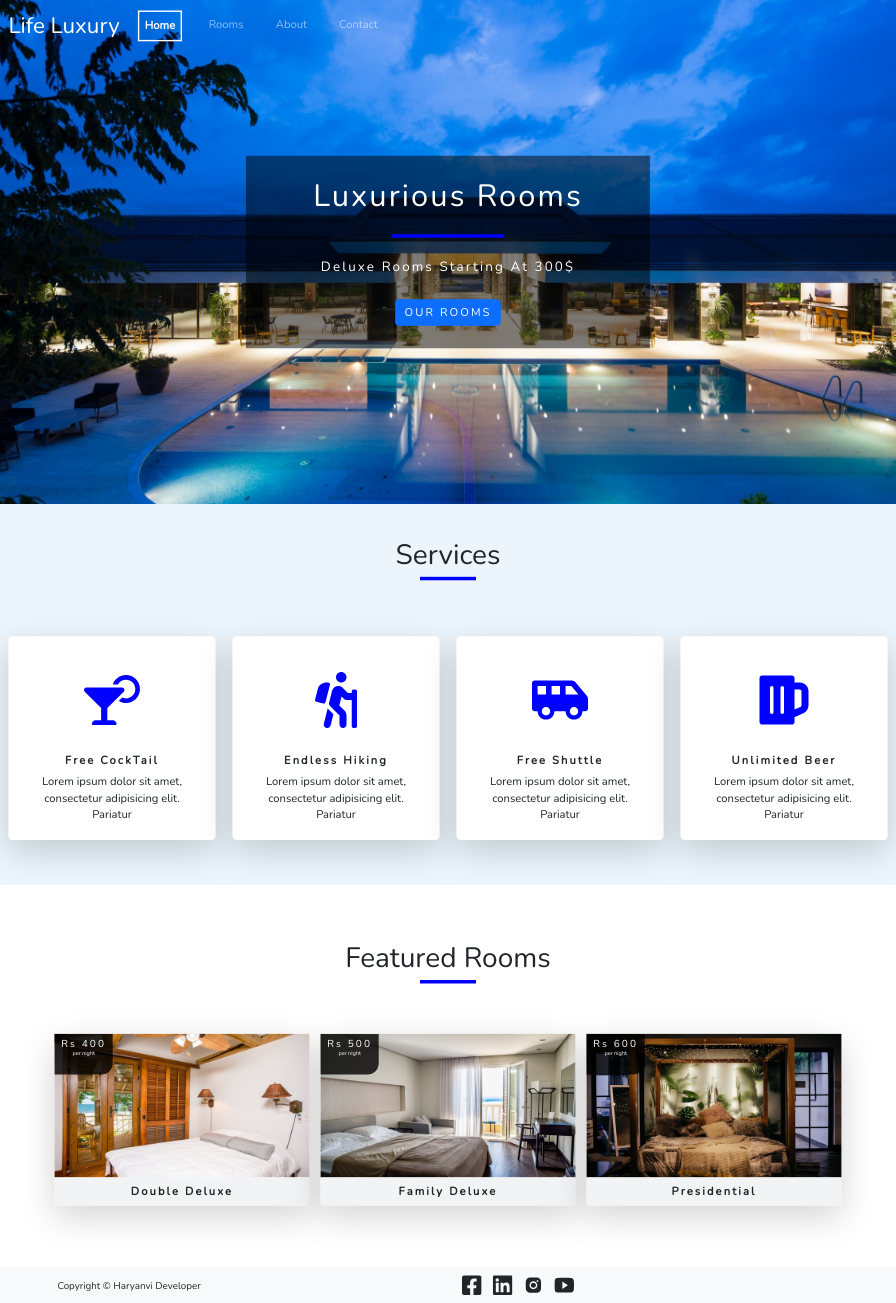
Repository: OmniaRafat232111121/Hotel-Booking-App
Page: /
An editor plug-in stored every save of this project. The page is shown before and after the next save, followed by the edit.
The browser window is 1280 px wide. The pictures show the whole page, at 70% of full size.
The project was rebuilt for these pictures with package versions that can differ from the ones it lists, and the page was loaded fresh each time. A package was used in the major version that the imports need, not the one package.json lists. Also part of the build but not shown: src/components/RoomsFilter.jsx, src/components/RoomsList.jsx, src/components/RoomsContainer.jsx, src/pages/Rooms.jsx, src/components/StyledHero.jsx, src/pages/SingleRoom.jsx, src/pages/Error.jsx, src/pages/About.jsx and 2 more.

Above is the page before, as saved 2022-07-29 21:37:05.

### public/index.html
<!DOCTYPE html>
<html lang="en">
  <head>
    <meta charset="utf-8" />
    <link rel="icon" href="%PUBLIC_URL%/favicon.ico" />
    <meta name="viewport" content="width=device-width, initial-scale=1" />
    <meta name="theme-color" content="#000000" />
    <meta
      name="description"
      content="Web site created using create-react-app"
    />
    <link rel="apple-touch-icon" href="%PUBLIC_URL%/logo192.png" />
    <link rel="manifest" href="%PUBLIC_URL%/manifest.json" />
    <title>Hotel Room Booking React app</title>
    <link href="https://fonts.googleapis.com/css2?family=Nunito&display=swap" rel="stylesheet">
  </head>
  <body>
    <noscript>You need to enable JavaScript to run this app.</noscript>
    <div id="root"></div>
  </body>
</html>

### src/index.js
import React from 'react';
import ReactDOM from 'react-dom';
import App from './App';
import './index.css'
import * as serviceWorker from './serviceWorker';
import {RoomProvider} from './context'
ReactDOM.render(
  <React.StrictMode>
  <RoomProvider>
     <App />
  </RoomProvider>
  </React.StrictMode>,
  document.getElementById('root')
);

serviceWorker.unregister();

### src/App.js
import React from 'react';
import './App.css';
import '../node_modules/bootstrap/dist/css/bootstrap.min.css';
import '../node_modules/bootstrap/dist/js/bootstrap.min.js';
import { BrowserRouter, Route, Switch } from "react-router-dom";
import Home from './pages/Home';
import Rooms from './pages/Rooms';
import SingleRoom from './pages/SingleRoom';
import Error from './pages/Error';
import Navbar from './components/Navbar';
import About from './pages/About';
import Footer from './components/Footer';
import Contact from './pages/Contact';
import Booknow from './pages/Booknow';

function App() {
  return (
    <div className="App">
      <BrowserRouter>
        <Navbar/>
        <Switch>
          <Route exact path="/" component={Home} />
          <Route exact path="/about" component={About} />
          <Route exact path="/contact" component={Contact} />
          <Route exact path="/rooms/" component={Rooms}/>
          <Route exact path="/rooms/:slug" component={SingleRoom} />
          <Route exact path="/booknow/:slug" component={Booknow} />
          <Route component={Error}/>
        </Switch>
        <Footer/>
      </BrowserRouter>
    </div>
  );
}

export default App;

### src/App.css
@import url('https://fonts.googleapis.com/css2?family=Nunito&display=swap');
body {
  margin: 0;
  padding: 0;
  font-family: 'Nunito', sans-serif;
}
* {
  margin: 0;
  padding: 0;
  box-sizing: border-box;
}
:root {
  --primaryColor: #0000ff;
  --mainWhite: #fff;
  --offWhite: #f7f7f7;
  --mainBlack: #222;
  --mainGrey: #ececec;
  --darkGrey: #cfcfcf;
  --mainTransition: all 0.3s linear;
  --mainSpacing: 3px;
  --lightShadow: 2px 5px 3px 0px rgba(0, 0, 0, 0.5);
  --darkShadow: 4px 10px 5px 0px rgba(0, 0, 0, 0.5);
}
/* globals */
h1 {
  font-size: 3em;
  line-height: 1;
  margin-bottom: 0.5em;
}
h2 {
  font-size: 2em;
  margin-bottom: 0.75em;
}
h3 {
  font-size: 1.5em;
  line-height: 1;
  margin-bottom: 1em;
}
h4 {
  font-size: 1.2em;
  line-height: 1.25;
  margin-bottom: 1.25em;
}
h5 {
  font-size: 1em;
  font-weight: bold;
  margin-bottom: 1.5em;
}
h6 {
  font-size: 1em;
  font-weight: bold;
  margin-bottom: 1.5em;
}

.btn-primary {
  display: inline-block;
  text-decoration: none;
  letter-spacing: var(--mainSpacing);
  color: var(--mainBlack);
  background: var(--primaryColor);
  padding: 0.4rem 0.9rem;
  border: 3px solid var(--primaryColor);
  transition: var(--mainTransition);
  text-transform: uppercase;
  cursor: pointer;
}
.btn-warning {
  display: inline-block;
  text-decoration: none;
  letter-spacing: var(--mainSpacing);
  color: var(--mainBlack);
  background: var(--primaryColor);
  padding: 0.4rem 0.9rem;
  border: 3px solid var(--primaryColor);
  transition: var(--mainTransition);
  text-transform: uppercase;
  cursor: pointer;
}
.btn-primary:hover{
  text-decoration: none;
  background: transparent!important;
  color: #fff!important;
}
.btn-warning:hover{
  text-decoration: none;
  background: transparent!important;
  color: yellow!important;
}
.loading {
  text-transform: capitalize;
  text-align: center;
  margin-top: 3rem;
}
.roomerror{
  margin-top: 100px;
}
.roomerror:hover .error{
  background-color: #2C3E50;
  color: #ffffff!important;
}
.error {
  text-align: center;
  text-transform: uppercase;
  margin: 2rem 0;
}
.empty-search {
  text-align: center;
  text-transform: capitalize;
  margin: 2rem 0;
  padding: 1rem;
  letter-spacing: var(--mainSpacing);
}

/* end of globals */
/* Navbar */
.nav-link{
  padding: 8px 15px;
  margin-left: 10px;
  margin-right: 20px;
  font-size: 18px;
  text-align: center;
  border: 2px solid transparent;
  transition: .5s linear;
  font-weight: 800;
  -webkit-transition: .5s linear;
  -moz-transition: .5s linear;
  -ms-transition: .5s linear;
  -o-transition: .5s linear;
}
.bg-transparent.scrolled {
  background-color: black!important;
  transition:500ms ease;
}

.navbar-brand{
  font-size: 32px!important;
  color: #ffffff!important;
}
.nav-link:hover{
  color: #ffffff;
  border-bottom: 2px solid #ffffff;
}
.nav-link.active_class{
color: #ffffff;
border: 2px solid #ffffff;
font-weight: 800;
}

.form-control{
border: 2px solid #000;
}
.form-control:focus,
.form-control.active {
  border: 2px solid #000000!important;
}
textarea:focus,
textarea.form-control:focus,
input.form-control:focus,
input[type=text]:focus,
input[type=password]:focus,
input[type=email]:focus,
input[type=number]:focus,
[type=text].form-control:focus,
[type=password].form-control:focus,
[type=email].form-control:focus,
[type=tel].form-control:focus,
[contenteditable].form-control:focus {
box-shadow: inset 0 -1px 0 #ddd;
}


/* end of navbar */
/* Hero */
.defaultHero,
.roomsHero {
  min-height: calc(100vh - 0px);
  background: url("./images/defaultBcg.jpg") center/cover no-repeat;
  display: flex;
  align-items: center;
  justify-content: center;
  position: relative;
}
.roomsHero {
  background-image: url("./images/room-2.jpg");
  min-height: calc(100vh - 0px);
}
.singleRoom {
  background-image: url("./images/room-3.jpeg");
  min-height: calc(100vh - 0px);
}
.roomsError{
  background-image: url("./images/error.jpg");
  min-height: calc(100vh - 0px);
}
.lost{
  font-size: 44px;
  color: yellow;
  text-align: center;
}
/* End of Hero */
/* Banner */
.banner {
  display: inline-block;
  position: absolute!important;
  background: rgba(0, 0, 0, 0.5)!important;
  color: var(--mainWhite);
  text-align: center;
  text-transform: capitalize;
  letter-spacing: var(--mainSpacing);
  top: 50%;
  left: 50%;
  transform: translate(-50%, -50%);
}
.banner h1 {
  font-size: 44px!important;
}
.banner div {
  width: 10rem;
  height: 5px;
  background: var(--primaryColor);
  margin: 1.7rem auto;
}
.banner p {
  font-size: 1.2rem;
  margin-bottom: 2rem;
}
@media screen and (max-width: 576px) {
  .banner {
    padding: 2rem 3rem!important
  }
  .banner h1 {
    font-size: 32px!important;
  }
}
@media screen and (min-width: 992px) {
  .banner {
    padding: 2rem 6rem;
  }
  .banner h1 {
    font-size: 4rem;
  }
}
/* End of Banner */
/* Title */
.section-title {
  text-align: center;
  margin-bottom: 4rem;
}
.section-title h4 {
  font-size: 2rem;
  letter-spacing: var(--mainSpacing);
  text-transform: capitalize;
  margin-bottom: 1rem;
}
.section-title div {
  width: 5rem;
  height: 5px;
  margin: 0 auto;
  background: var(--primaryColor);
}
/* end of Title */

/* services */
.services {
  padding: 3rem 0;
}
.services {
  background: #EBF5FB;
  text-align: center;
}

.service span {
  display: inline-block;
  color: var(--primaryColor);
  font-size: 80px;
  margin-bottom: 1.5rem;
  transition: 1s linear;
  -webkit-transition: 1s linear;
  -moz-transition: 1s linear;
  -ms-transition: 1s linear;
  -o-transition: 1s linear;
}
.services span:hover{
  transform: rotate(360deg);
  -webkit-transform: rotate(360deg);
  -moz-transform: rotate(360deg);
  -ms-transform: rotate(360deg);
  -o-transform: rotate(360deg);
}
.services h6 {
  letter-spacing: var(--mainSpacing);
  font-weight: 1000;
  text-transform: capitalize;
}
.services p {
  width: 80%;
  margin: 0 auto;
}
@media screen and (min-width: 992px) {
  .services-center {
    width: 95vw;
    max-width: 1170px;
  }
}

@media screen and (min-width: 1200px) {
  .services p {
    width: 100%;
  }
}
/*end of services */
/* featured rooms */

.featured-rooms {
  padding: 5rem 0;
}

/* end pf featured rooms */
/* room */
.room {
  transition: 0.4s linear;
  -webkit-transition: 0.4s linear;
  -moz-transition: 0.4s linear;
  -ms-transition: 0.4s linear;
  -o-transition: 0.4s linear;
  position: relative;
}
.room:hover {
  box-shadow: 0px 9px 18px rgba(0, 0, 0, 0.5)!important;
}

.price-top {
  position: absolute;
  top: 0;
  left: 0;
  background: rgba(0, 0, 0, 0.8);
  color: var(--mainWhite);
  padding: 0.3rem 0.6rem 0.5rem;
  border-bottom-right-radius: 1rem;
  font-size: 0.5rem;
  text-align: center;
  transition: 0.4s linear;
  -webkit-transition: 0.4s linear;
  -moz-transition: 0.4s linear;
  -ms-transition: 0.4s linear;
  -o-transition: 0.4s linear;
}
.price-top h6 {
  margin-bottom: 0;
  font-size: 0.9rem;
  font-weight: 300;
  letter-spacing: var(--mainSpacing);
}
.room-link {
  position: absolute;
  bottom: 0;
  right: 0;
  opacity: 0;
  transition: all 0.3s linear;
}
.room:hover {
  background: rgba(0, 0, 0, 0.8);
}
.room:hover img {
  opacity: 0.3;
}
.room:hover .price-top {
  opacity: 0;
}
.room:hover .room-link {
  opacity: 1;
  transform: translate(-90%, -200%) scale(1);
  -webkit-transform: translate(-90%, -200%) scale(1);
  -moz-transform: translate(-90%, -200%) scale(1);
  -ms-transform: translate(-90%, -200%) scale(1);
  -o-transform: translate(-90%, -200%) scale(1);
}
.room-info {
  background: #F2F3F4;
  text-transform: capitalize;
  padding: 0.5rem 0;
  text-align: center;
  font-weight: 700;
  letter-spacing: var(--mainSpacing);
  margin-bottom: 0;
}
/* end of room  */
/* single room*/

.single-room {
  padding: 5rem 0 0 0;
}
.single-room-images {
  width: 80vw;
  margin: 0 auto;
  display: grid;
  grid-template-columns: repeat(auto-fit, minmax(350px, 1fr));
  grid-row-gap: 2rem;
  grid-column-gap: 50px;
}
.single-room-images img {
  width: 100%;
  display: block;
}
.single-room-info {
  width: 80vw;
  display: grid;
  grid-template-columns: 1fr;
  margin: 2rem auto;
}
.desc,
.info {
  margin: 1rem 0;
}
.desc h3 {
  text-transform: capitalize;
  letter-spacing: var(--mainSpacing);
}
.desc p {
  line-height: 1.5;
}
.info h3,
.info h6 {
  text-transform: capitalize;
  letter-spacing: var(--mainSpacing);
}

.info h6 {
  font-weight: 300;
}
.room-extras {
  width: 80vw;
  margin: 0 auto 3rem auto;
}
.room-extras h6 {
  text-transform: capitalize;
  letter-spacing: var(--mainSpacing);
}
.extras {
  list-style-type: none;
  display: grid;
  grid-template-columns: repeat(auto-fit, minmax(330px, 1fr));
  grid-column-gap: 2rem;
  grid-row-gap: 1rem;
}
@media screen and (min-width: 992px) {
  .single-room-images,
  .single-room-info,
  .room-extras {
    width: 95vw;
    max-width: 1170px;
  }
  .single-room-info {
    display: grid;
    grid-template-columns: 1fr 1fr;
    grid-column-gap: 2rem;
  }
  .info {
    padding-left: 3rem;
  }
}
/* end of single room*/
/* roomlist */
.roomslist {
  padding: 5rem 0;
}
.roomslist-center {
  width: 80vw;
  margin: 0 auto;
  display: grid;
  grid-template-columns: repeat(auto-fill, minmax(270px, 1fr));
  grid-row-gap: 2rem;
  grid-column-gap: 30px;
}

@media screen and (min-width: 776px) {
  .roomslist-center {
    width: 90vw;
  }
}
@media screen and (min-width: 992px) {
  .roomslist-center {
    width: 95vw;
    max-width: 1170px;
  }
}
/* end of roomlist */
/*  rooms fitler*/
/* .filter-container {
  padding: 5rem 0;
}

.form-group {
  text-transform: capitalize;
}
.form-group label {
  display: block;
  letter-spacing: var(--mainSpacing);
  margin-bottom: 0.5rem;
} */

.single-extra label {
  display: inline-block;
  font-size: 0.8rem;
  margin-left: 0.5rem;
}

/* end of rooms fitler*/

/* aboutus */

.aboutus,.contact{
  margin-top: 100px!important;
}
.about_company,.team{
  padding: 60px 30px;
}
.about_info{
  letter-spacing: 40;
}
.carousel-inner{
  min-height: 400px!important;
  max-height: 400px!important;
}
.connect{
  font-size: 44px!important;
  padding: 5px 8px;
}
/* end of about us */

### src/pages/Home.jsx
import React from 'react'
import Hero from '../components/Hero';
import Banner from '../components/Banner';
import { Link } from 'react-router-dom';
import Services from '../components/Services';
import FeaturedRooms from '../components/FeaturedRooms';

export default function Home() {
    return (
        <>
        <Hero hero="defaultHero">
        </Hero>
        <Banner title="Luxurious Rooms" subtitle="deluxe rooms starting at 300$">
                <Link to="/rooms" className="btn btn-primary">
                      Our Rooms
                </Link>
        </Banner>
        <Services/>
        <FeaturedRooms/>
        </>

    )
}

### src/components/Navbar.jsx
import React from 'react';
import {NavLink} from 'react-router-dom';
import { FaAlignRight } from 'react-icons/fa';
import jquery from 'jquery';

// for changing navbar  color
jquery(window).scroll(function() {
jquery('nav').toggleClass('scrolled', jquery(this).scrollTop() > 0);
})

const Navbar = () => {
    return (
    <>
        <nav className="navbar navbar-expand-sm navbar-dark bg-transparent py-2 fixed-top">
            <div className="container-fluid ">
                <span className="navbar-brand font-weight-bolder">Life Luxury</span>
                <a href="void(0)" className="navbar-toggler border-0" data-toggle="collapse" data-target="#navbarSupportedContent" aria-controls="navbarSupportedContent" aria-expanded="false" aria-label="Toggle navigation">
                    <span>
                        <FaAlignRight className="nav-icon" /></span>
                </a>
                <div className="collapse navbar-collapse" id="navbarSupportedContent">
                    <ul className="navbar-nav ml-auto">
                        <li className="nav-item">
                            <NavLink className="nav-link" activeClassName="active_class" exact to="/">Home</NavLink>
                        </li>
                        <li className="nav-item">
                            <NavLink className="nav-link" activeClassName="active_class" exact to="/rooms">Rooms</NavLink>
                        </li>
                        <li className="nav-item">
                            <NavLink className="nav-link" activeClassName="active_class" exact to="/about">About</NavLink>
                        </li>
                        <li className="nav-item">
                            <NavLink className="nav-link" activeClassName="active_class" exact to="/contact">Contact</NavLink>
                        </li>
                    </ul>
                </div>
            </div>
        </nav>
    </>
    );
}
export default Navbar;

### src/components/Footer.jsx
import React from 'react'
import { FaFacebookSquare,FaLinkedin } from 'react-icons/fa';
import {IoLogoYoutube} from 'react-icons/io';
import { AiFillInstagram } from 'react-icons/ai';

const Footer = () => {
    return (
        <footer id="sticky-footer" className="bg-light text-dark-50">
            <div className="container py-1">
                <div className="row">
                    <div className="col-md-6 col-12 my-auto">
                        <small>Copyright &copy; Haryanvi Developer</small>
                    </div>
                    <div className="col-md-6 col-12">
                        <div className="d-flex float-right">
                            <a href="https://www.facebook.com/HaryanviDeveloper/">
                                <FaFacebookSquare className="connect text-dark" /></a>
                            <a href="https://www.linkedin.com/in/lekhraj-kashyap-b1aa15139/">
                                <FaLinkedin className="connect text-dark" /></a>
                            <a href="https://www.instagram.com/haryanvideveloper_official/">
                                <AiFillInstagram className="connect text-dark" /></a>
                            <a href="https://www.youtube.com/channel/UCDGDXevsQo67KVkmjrd9ruQ?view_as=subscriber">
                                <IoLogoYoutube className="connect text-dark" /></a>
                        </div>
                    </div>
                </div>
            </div>
        </footer>
    )
}
export default Footer

### src/components/Hero.jsx
import React from 'react'

export default function Hero({childern, hero}) {
    return <header className={hero}>{childern}</header>;

}

Hero.defaulProps ={
    hero:"defaultHero"
};

### src/components/Banner.jsx
import React from 'react'

export default function Banner({ children , title , subtitle  }) {
    return (
        <div className="banner">
            <h1>{title}</h1>
            <div/>
            <p>{subtitle}</p>
            {children}
        </div>
    )
}

### src/components/Services.jsx
import React, { Component } from 'react'
import Title from './Title'
import {FaCocktail, FaHiking , FaShuttleVan,FaBeer} from 'react-icons/fa'

export default class Services extends Component {
    state={
        services:[
            {
                icon:<FaCocktail/>,
                title: "Free CockTail",
                info: "Lorem ipsum dolor sit amet, consectetur adipisicing elit. Pariatur"
            },
            {
                icon:<FaHiking/>,
                title: "Endless Hiking",
                info: "Lorem ipsum dolor sit amet, consectetur adipisicing elit. Pariatur"
            },
            {
                icon:<FaShuttleVan/>,
                title: "Free Shuttle",
                info: "Lorem ipsum dolor sit amet, consectetur adipisicing elit. Pariatur"
            },
            {
                icon:<FaBeer/>,
                title: "Unlimited Beer",
                info: "Lorem ipsum dolor sit amet, consectetur adipisicing elit. Pariatur"
            },

        ]
    }
    render() {
        return (
            <div className="container-fluid services">
             <Title title="Services" />
                <div className="row">
                   {this.state.services.map((item, index) => {
                      return(
                        <div className="col-md-4 col-lg-3 col-12 mx-auto my-3" key={index}>
                            <div className="card shadow-lg border-0 p-4">
                                <article className="service">
                                <span>{item.icon}</span>
                                <h6>{item.title}</h6>
                                <p>{item.info}</p>
                                </article>
                           </div>
                        </div>
                      )
                   })}
                </div>
            </div>
        )
    }
}

### src/components/FeaturedRooms.jsx
import React, { Component } from 'react'
import { RoomContext } from '../context'
import Loading from './Loading';
import Room from './Room';
import Title from './Title';

export default class FeaturedRooms  extends Component {
    static contextType = RoomContext;
    render() {
        let { loading, featuredRooms : rooms } = this.context;
        console.log(rooms);
        rooms = rooms.map(room => {
            return <Room key={room.id} room={room}/>
        });
        return (

            <section className="featured-rooms container">
                <Title  title="Featured Rooms" />
                <div className="row">
                  {loading ? <Loading/> : rooms}
                </div>
            </section>
        )
    }
}

### src/components/Title.jsx
import React from 'react'

export default function Title({title}) {
    return (
        <div className="section-title">
            <h1>{title}</h1>
            <div/>
        </div>
    )
}

### src/components/Loading.js
import React from 'react'
import loadingGif from '../images/gif/loading-arrow.gif';
export default function Loading() {
    return (
        <div className="loading">
           <h4>Rooms data loading...</h4>
           <img  src={loadingGif} alt="loading please wait"/>
        </div>
    )
}

### src/components/Room.jsx
import React from 'react';
import {Link} from 'react-router-dom';
import defaultImg from '../images/room-1.jpeg';
import PropTypes from 'prop-types';

export default function Room({room}) {
    const { name , slug, images, price } = room;
    return (
        <div className="col-md-4 col-12 mx-auto p-2">
            <div className="card shadow-lg border-0 room">
                <img src={images[0] || defaultImg} alt="single room" className="img-fluid"/>
                <div className="price-top">
                    <h6>Rs {price}</h6>
                    <p>per night</p>
                </div>
                <Link to={`/rooms/${slug}`} className="btn-warning room-link text-center" >Features</Link>
              <p className="room-info">{name}</p>
            </div>
        </div>
    )
}

Room.propTypes = {
    room: PropTypes.shape({
        name:PropTypes.string.isRequired,
        slug:PropTypes.string.isRequired,
        images:PropTypes.arrayOf(PropTypes.string).isRequired,
        price:PropTypes.number.isRequired,
    })
}

Loaded but not shown: src/index.css (common file); src/data.js (760 lines, source omitted); src/serviceWorker.js (130 lines, source omitted); src/context.js (116 lines, source omitted)

After the next save:
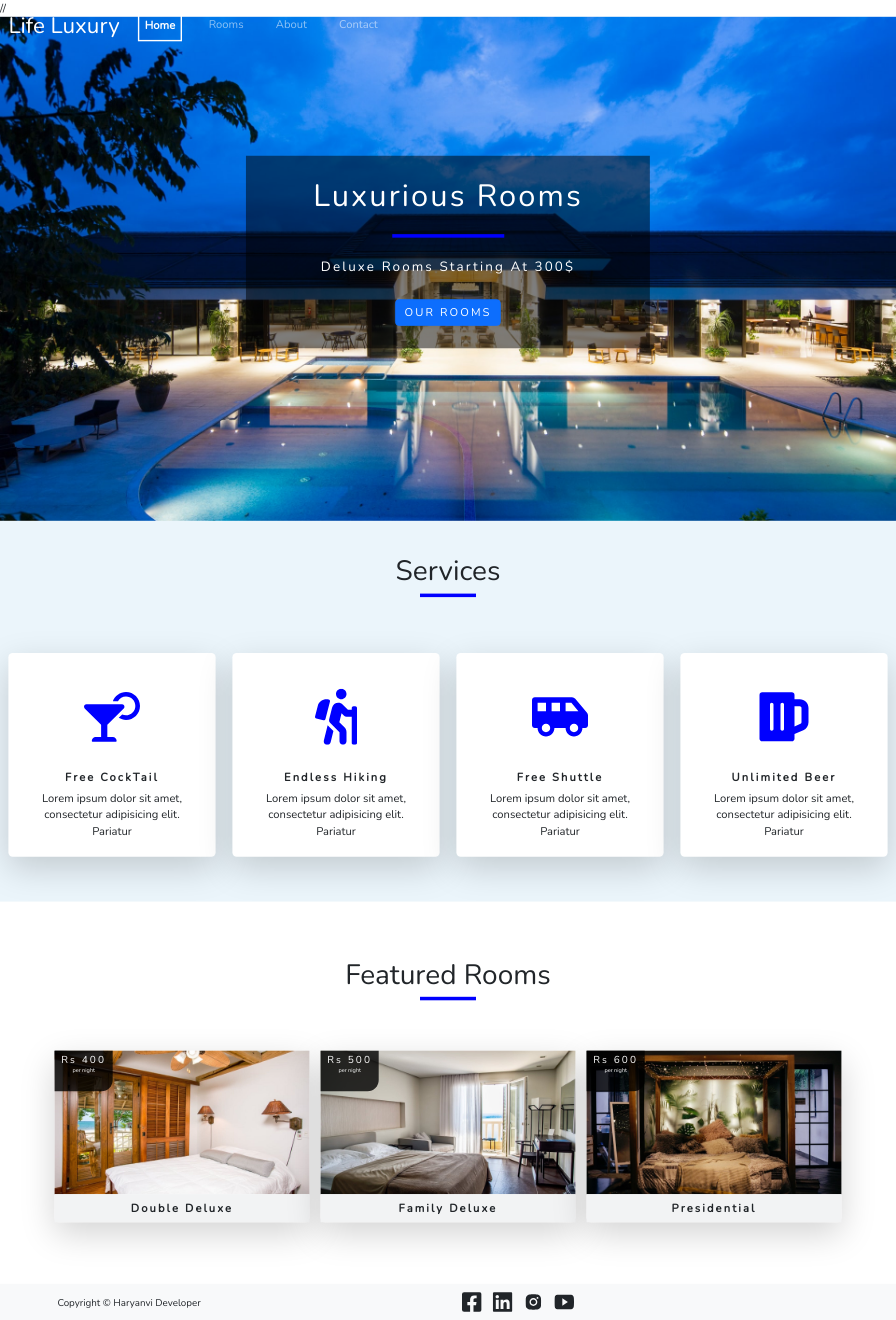
Saved 3 min 13 s later.
--- a/src/pages/Home.jsx
+++ b/src/pages/Home.jsx
@@ -8,8 +8,8 @@ import FeaturedRooms from '../components/FeaturedRooms';
 export default function Home() {
     return (
         <>
-        <Hero hero="defaultHero">
-        </Hero>
+        // <Hero hero="defaultHero">
+        // </Hero>
         <Banner title="Luxurious Rooms" subtitle="deluxe rooms starting at 300$">
                 <Link to="/rooms" className="btn btn-primary">
                       Our Rooms
